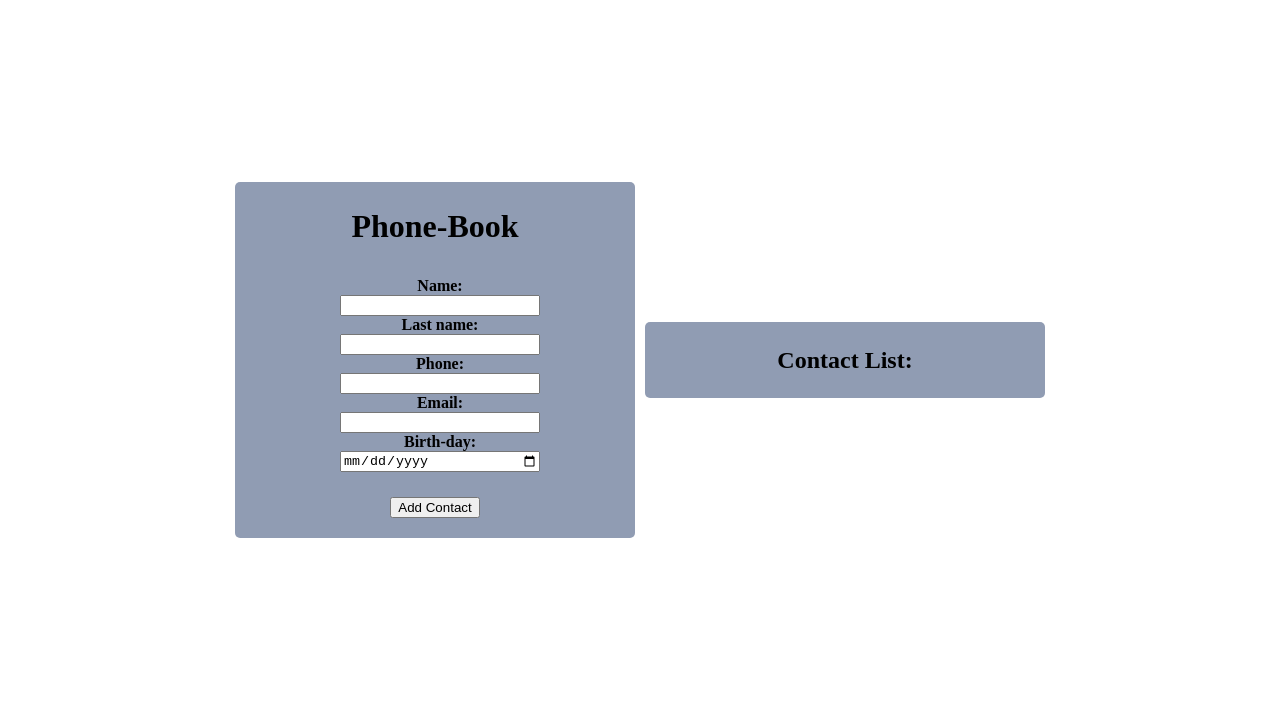
Repository: STA1357/Phone-book
Page: Inner.html
These files come from the project's save history. The page is drawn as it stood at one moment and after the next save; the edit follows.
The browser window is 1280 px wide. The pictures show the whole page.

Above is the page before, as saved 2020-12-10 11:38:52.

After the next save:
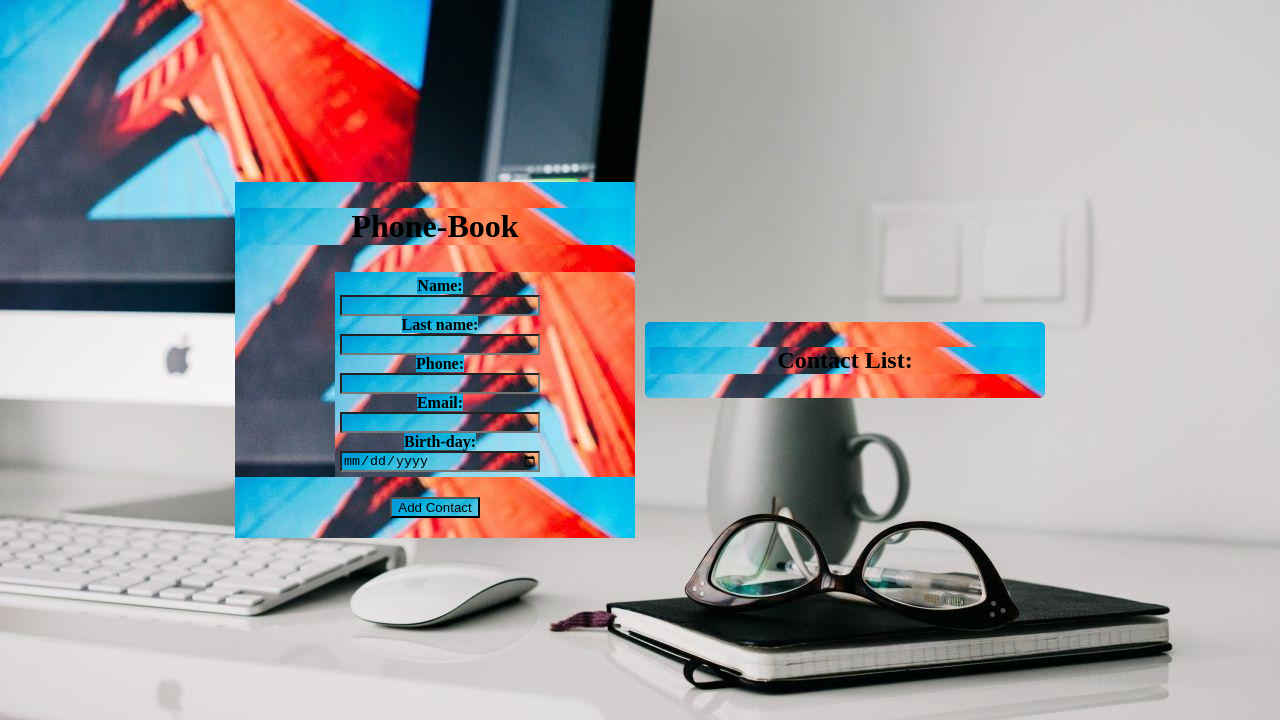
Saved 5 min 19 s later.
--- a/styles.css
+++ b/styles.css
@@ -1,5 +1,6 @@
 *{
     box-sizing: border-box;
+    background-image: url('./wp3990421-office-wallpapers.jpg');
 }
 
 body{

After the save that followed:
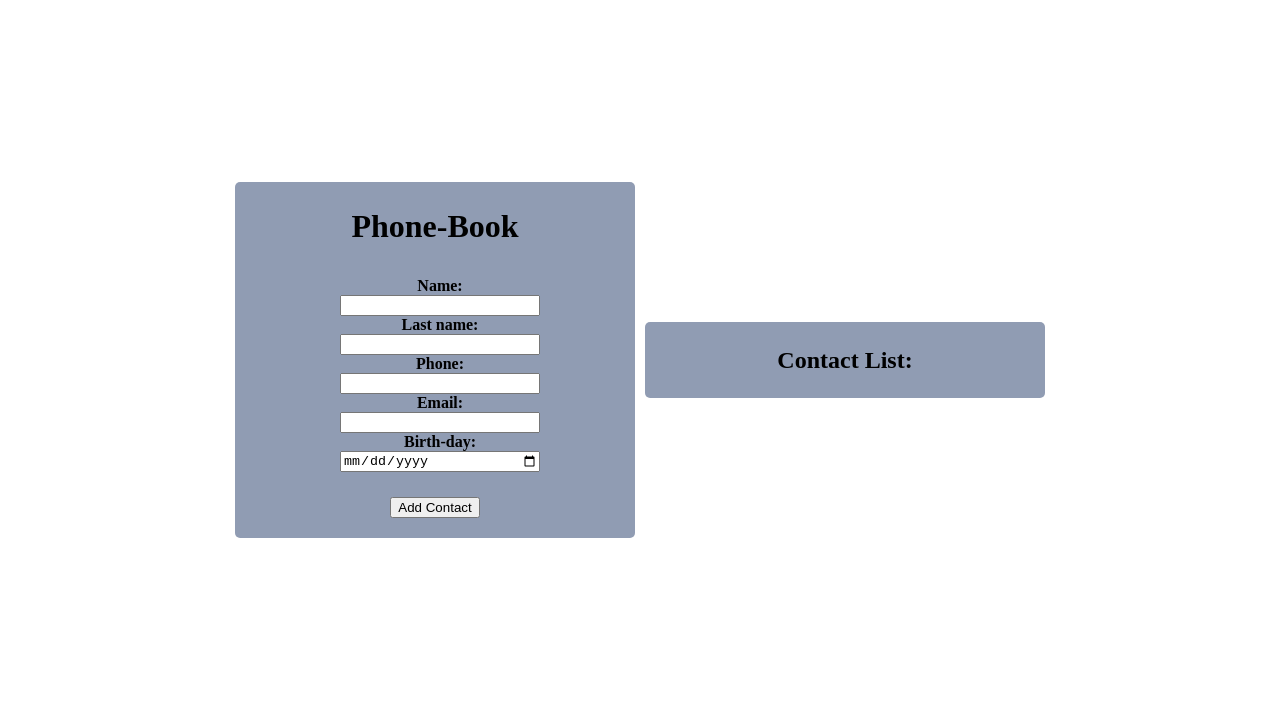
Saved 49 s later.
--- a/styles.css
+++ b/styles.css
@@ -1,6 +1,6 @@
 *{
     box-sizing: border-box;
-    background-image: url('./wp3990421-office-wallpapers.jpg');
+    background-image: url('./wp3990421-office-wallpapers.jpg') no-repeat;
 }
 
 body{
